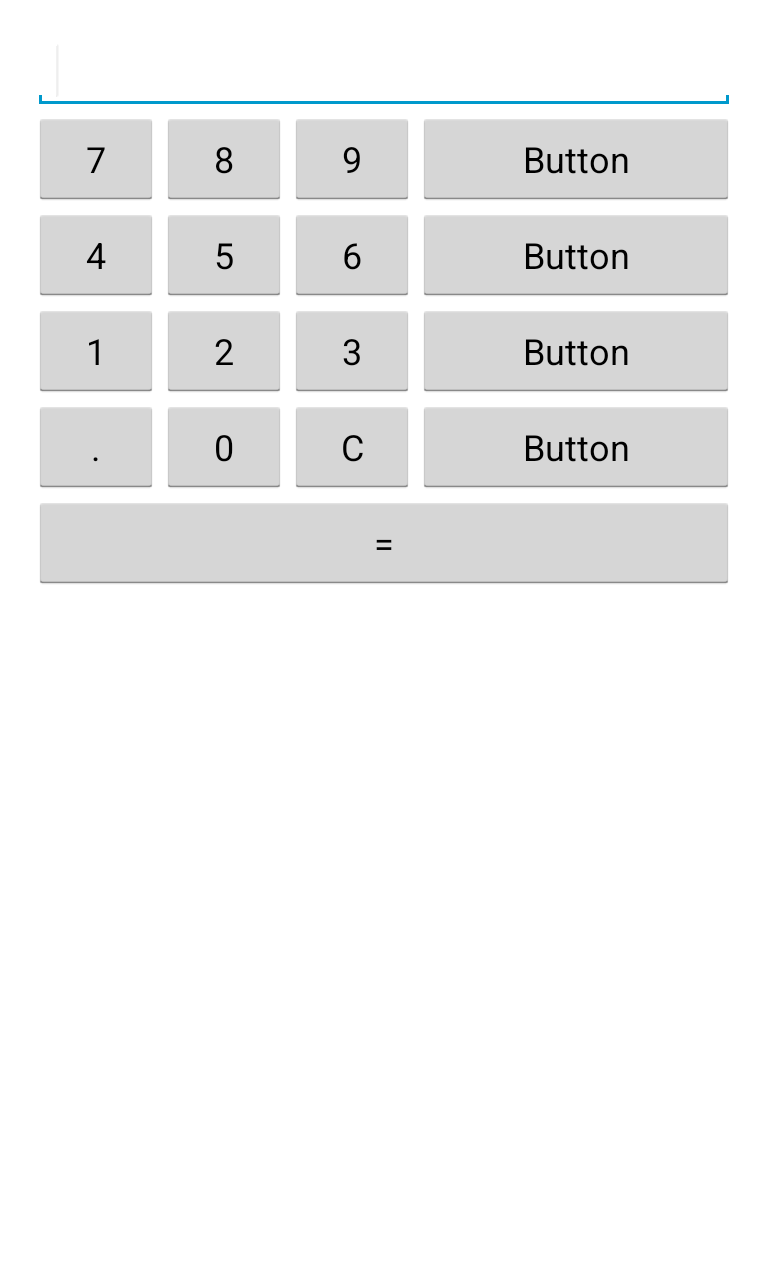
Repository: HGtz2222/LearningAndroid
Layout: test1/Calc/res/layout/activity_main.xml
An editor plug-in stored every save of this project. The layout is shown before and after the next save, followed by the edit.
It is drawn on a 768 x 1280 px phone screen (xhdpi) without system bars, with theme AppTheme; the app's code is not run.

Above is the layout before, as saved 2014-09-15 02:55:55.

After the next save:
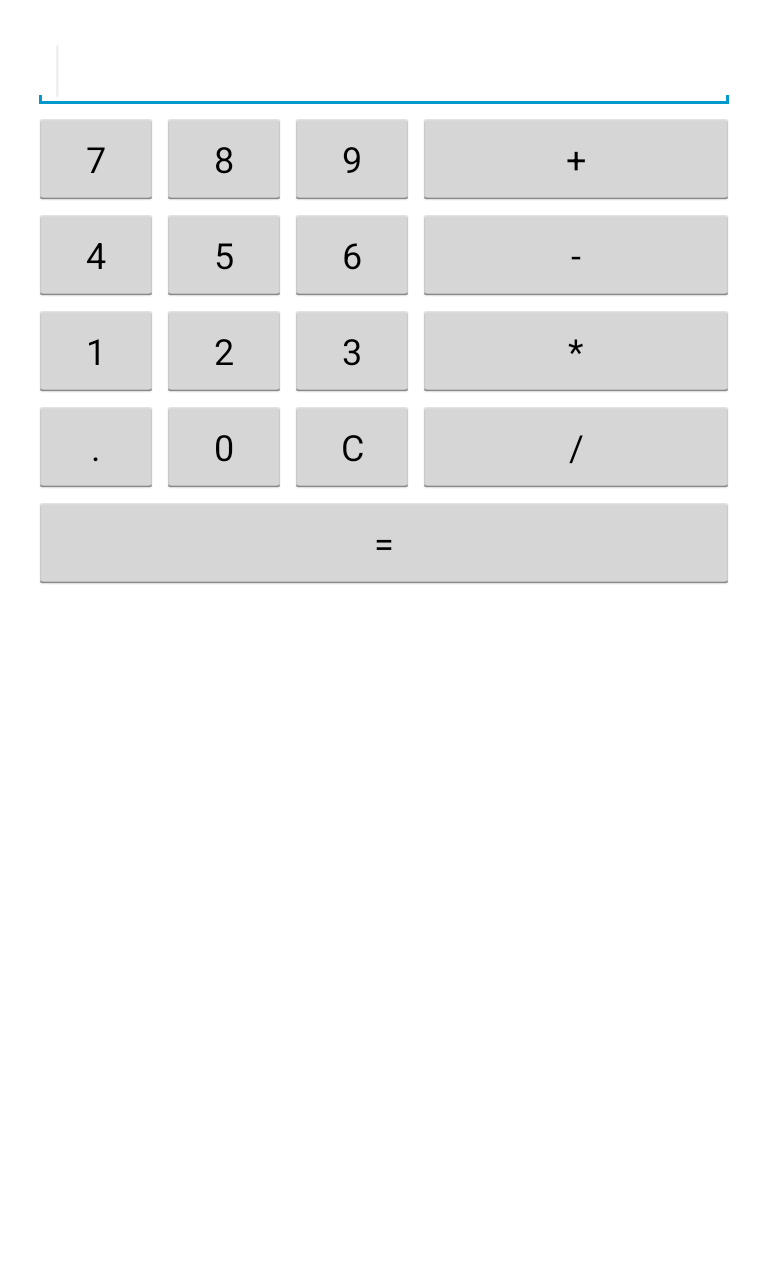
Saved 32 s later.
--- a/test1/Calc/res/layout/activity_main.xml
+++ b/test1/Calc/res/layout/activity_main.xml
@@ -140,7 +140,7 @@
             android:layout_alignParentRight="true"
             android:layout_alignParentTop="true"
             android:layout_toRightOf="@+id/button3"
-            android:text="Button" />
+            android:text="@string/plus" />
 
         <Button
             android:id="@+id/Button01"
@@ -150,7 +150,7 @@
             android:layout_alignLeft="@+id/button14"
             android:layout_alignParentRight="true"
             android:layout_alignTop="@+id/button6"
-            android:text="Button" />
+            android:text="@string/minus" />
 
         <Button
             android:id="@+id/button15"
@@ -160,7 +160,7 @@
             android:layout_alignLeft="@+id/Button01"
             android:layout_alignParentRight="true"
             android:layout_below="@+id/button6"
-            android:text="Button" />
+            android:text="@string/mutli" />
 
         <Button
             android:id="@+id/button16"
@@ -170,7 +170,7 @@
             android:layout_alignLeft="@+id/button15"
             android:layout_alignParentRight="true"
             android:layout_below="@+id/button9"
-            android:text="Button" />
+            android:text="@string/divide" />
 
     </RelativeLayout>
 
